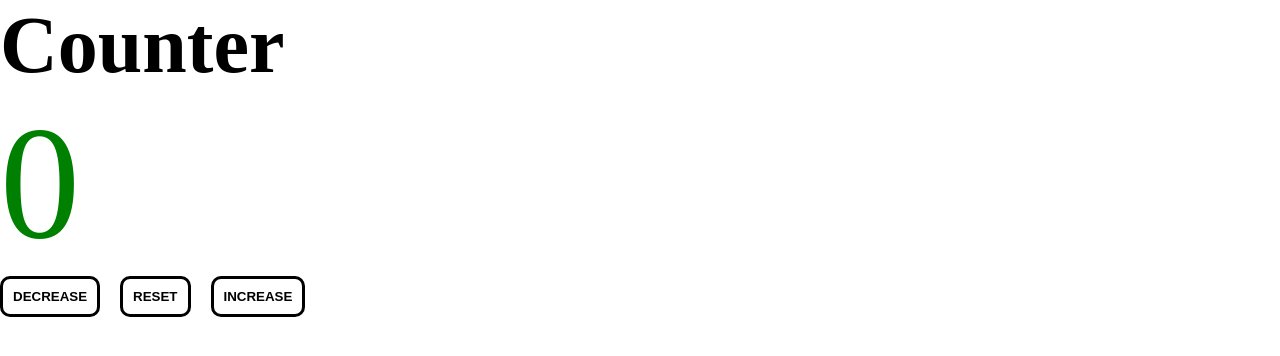
Repository: imokha01/createCounter
Page: index.html
An editor plug-in stored every save of this project. The page is shown before and after a run of saves, followed by the edit.
The browser window is 1280 px wide. The pictures show the whole page.

Above is the page before, as saved 2024-01-18 09:15:21.

### index.html
<!DOCTYPE html>
<html lang="en">
  <head>
    <meta charset="UTF-8" />
    <meta name="viewport" content="width=device-width, initial-scale=1.0" />
    <link rel="stylesheet" href="style.css" />
    <title>Document</title>
  </head>
  <body>
    <div class="main">
      <div class="container">
        <h1>Counter</h1>
        <div id="countDisplay" value="0">0</div>
        <div class="controls">
          <button  class="btn decrease">DECREASE</button>
          <button  class="btn reset">RESET</button>
          <button  class="btn increase">INCREASE</button>
        </div>
      </div>
    </div>
    <script src="./index.js"></script>
  </body>
</html>

### style.css
* {
    margin: 0;
    padding: 0;
    box-sizing: border-box;
}



.main,
 {
    display: flex;
    flex-direction: column;
    justify-content: center;
    align-items: center;
    background-color: #f1f5f8;

}

h1 {
    font-size: 5rem;
}

#countDisplay {
    color: green;
    font-size: 10rem;

}

.controls {
    display: flex;
    gap: 20px;
}

.controls > button {
    padding: 10px;
    border: 3px solid black;
    border-radius: 10px;
    font-weight: 700;
    background-color: transparent;
    cursor: pointer;
}

### index.js
// select values and buttons
const counterScreen = document.querySelector("#countDisplay");
const Buttons = document.querySelectorAll(".btn")

// set initial count value
let count = 0;

//set the button function
Buttons.forEach((btn) => {
    btn.addEventListener("click", (e) => {
        const styles = e.currentTarget.classList;
        if (styles.contains("decrease")){
            count--;
        } else if (styles.contains("increase")){
            count++
        } else {
            count =  0;
        }
        if(count > 0){
            counterScreen.style.color = "green";
        }
         if (count < 0) {
            counterScreen.style.color = "red";
        }
        if(count === 0){
            counterScreen.style.color = "black";
        }
        counterScreen.textContent = count;
    });
});



// const counter = () => {
//     let count = 0;
//     if (increaseButton) {
//         return count += 1
//         console.log(count)
//     }
// }

After the next 2 saves:
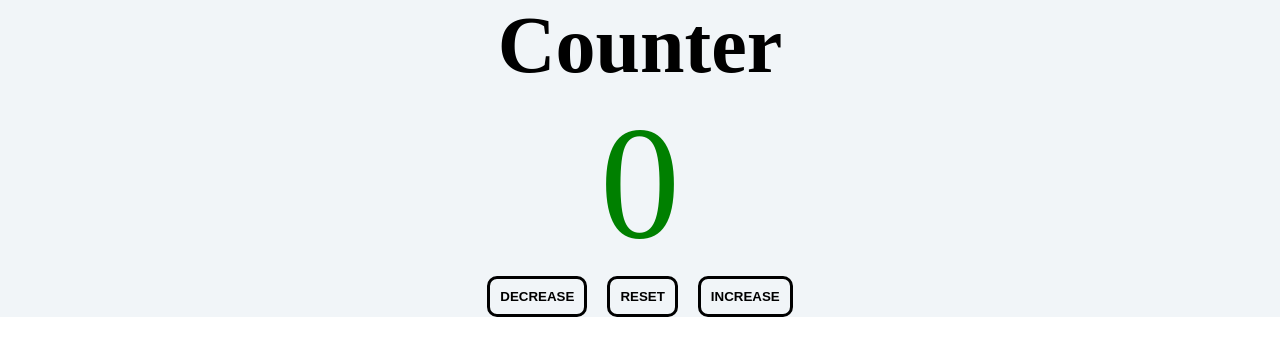
The 2 saves are shown as one change because they came seconds apart.
The last was saved 8 s later.
--- a/style.css
+++ b/style.css
@@ -7,7 +7,7 @@
 
 
 .main,
- {
+ .container{
     display: flex;
     flex-direction: column;
     justify-content: center;
